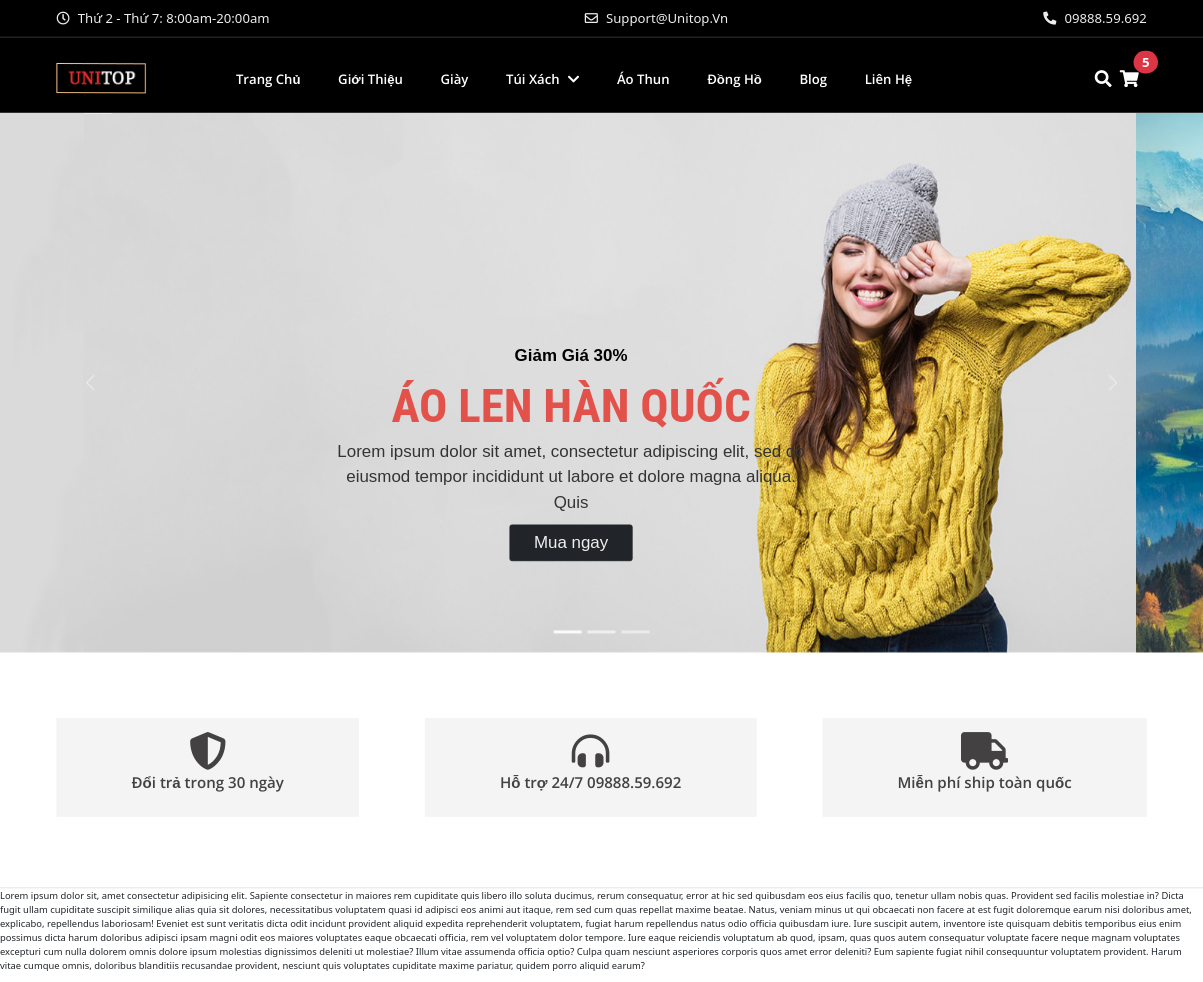
Repository: vinhtk0209/clothes-shop
Page: index.html
These files come from the project's save history. The page is drawn as it stood at one moment and after the next save; the edit follows.
The browser window is 1280 px wide. The pictures show the whole page, at 94% of full size.

Above is the page before, as saved 2021-10-04 17:35:27.

### index.html
<!DOCTYPE html>
<html lang="en">
  <head>
    <meta charset="UTF-8" />
    <meta http-equiv="X-UA-Compatible" content="IE=edge" />
    <meta name="viewport" content="width=device-width, initial-scale=1.0" />
    <title>UNI-SHOP</title>
    <link rel="stylesheet" href="assets/css/reset.css" />
    <link rel="stylesheet" href="assets/fontawesome/css/all.css" />
    <link rel="stylesheet" href=" assets/boostrap/css/bootstrap.min.css" />
    <link rel="preconnect" href="https://fonts.googleapis.com" />
    <link rel="preconnect" href="https://fonts.gstatic.com" crossorigin />
    <link
      href="https://fonts.googleapis.com/css2?family=Open+Sans:wght@400;600;700&display=swap"
      rel="stylesheet"
    />
    <script src="assets/js/jquery.min.js"></script>
    <link rel="stylesheet" href="assets/css/main.css" />
  </head>
  <body>
    <div id="wrapper">
      <div id="header">

          <div class="header-info">
            <div class="container-1160">
            <ul
              class="
                list-info list-unstyled
                d-flex
                justify-content-between
                align-items-center
              "
            >
              <li>
                <p class="header-descr time-contact">
                  <span class="icon-time">
                    <!-- icon time -->
                    <i class="far fa-clock"></i>
                  </span>
                  <span class="descr-time ps-2 descr"
                    >thứ 2 - thứ 7: 8:00am-20:00am</span
                  >
                </p>
              </li>
              <li>
                <p class="header-descr email-contact">
                  <span class="icon-email">
                    <!-- icon email -->
                    <i class="far fa-envelope"></i>
                  </span>
                  <span class="descr-email ps-2 descr"> support@unitop.vn </span>
                </p>
              </li>
              <li>
                <p class="header-descr phone-number">
                  <span class="icon-phone">
                    <!-- icon phone -->
                    <i class="fas fa-phone-alt"></i>
                  </span>
                  <span class="descr-phone ps-2 descr"> 09888.59.692 </span>
                </p>
              </li>
            </ul>
          </div>
          </div>
          <!-- END HEADER-INFO -->
          <div
            class="header-menu d-flex align-items-center container-1160"

          >

            <div class="header-menu-logo mr-95">
              <a href="" class="logo-link">
                <img src="assets/images/logo.png" alt="logo" />
              </a>
            </div>
            <div class="header-menu-list ">
              <ul
                class="
                  list-menu
                  d-flex

                  align-items-center list-unstyled
                "
              >
                <li>
                  <a href="" class="list-name text-decoration-none">Trang chủ</a>
                </li>
                <li>
                  <a href="" class="list-name text-decoration-none">Giới thiệu</a>
                </li>
                <li>
                  <a href="" class="list-name text-decoration-none">Giày</a>
                </li>
                <li class="position-relative list-product">
                  <a href="" class="list-name text-decoration-none "
                    >Túi xách
                    <span class="icon-arrow-down ps-2">
                      <!-- icon arrow down -->
                      <i class="fas fa-chevron-down"></i>
                    </span></a
                  >

                  <ul class="sub-menu list-unstyled position-absolute  bg-submenu ">

                    <li>
                      <a href="" class="text-decoration-none color-submenu ">
                        túi xách tay nữ
                      </a>
                    </li>
                    <li>
                      <a href="" class="text-decoration-none  color-submenu">
                        túi đeo chéo nữ
                      </a>
                    </li>
                    <li>
                      <a href="" class="text-decoration-none color-submenu">
                        túi bản to
                      </a>
                    </li>
                    <li>
                      <a href="" class="text-decoration-none color-submenu">
                        túi đeo vai
                      </a>
                    </li>
                  </ul>
                </li>
                <li>
                  <a href="" class="list-name text-decoration-none">áo thun</a>
                </li>
                <li>
                  <a href="" class="list-name text-decoration-none">đồng hồ</a>
                </li>
                <li>
                  <a href="" class="list-name text-decoration-none">blog</a>
                </li>
                <li>
                  <a href="" class="list-name text-decoration-none">liên hệ</a>
                </li>
              </ul>
            </div>
            <!-- END MENU-LIST -->
            <div
              class="
                header-menu-function
                d-flex
                justify-content-between
                align-items-center
                ms-auto
              "
            >
              <div class="icon-search text-white ">
                <span class="search fs-18">
                  <!-- icon search -->
                  <span><i class="fas fa-search"></i></span>
                </span>
              </div>
              <div class="icon-cart">
                <a
                  href=""
                  class="btn text-white position-relative"
                >
                  <span class="fs-18">
                    <!-- icon cart  -->
                    <i class="fas fa-shopping-cart"></i>
                  </span>
                  <span
                    class="
                      position-absolute
                      top-0
                      start-100
                      translate-middle
                      badge
                      rounded-pill
                      bg-danger
                      fs-14
                    "
                  >
                    5
                  </span>
                </a>
              </div>
            </div>
          </div>
          <!-- END HEADER MENU -->
        </div>
      </div>
      <div id="slide" class="slide">
        <div id="carouselExampleIndicators" class="carousel slide" data-bs-ride="carousel">
          <div class="carousel-indicators">
            <button type="button" data-bs-target="#carouselExampleIndicators" data-bs-slide-to="0" class="active bg-btn-slide" aria-current="true" aria-label="Slide 1"></button>
            <button type="button" data-bs-target="#carouselExampleIndicators" data-bs-slide-to="1" aria-label="Slide 2 "
            class="bg-btn-slide"></button>
            <button type="button" data-bs-target="#carouselExampleIndicators" data-bs-slide-to="2" aria-label="Slide 3"
            class="bg-btn-slide"></button>
          </div>
          <div class="carousel-inner">
            <div class="carousel-item active">
              <img src="assets/images/slide-1.png" class="d-block w-100" alt="...">
            </div>
            <div class="carousel-item">
              <img src="assets/images/slide-2.jpg" class="d-block w-100" alt="...">
            </div>
            <div class="carousel-item">
              <img src="assets/images/slide-3.png" class="d-block w-100" alt="...">
            </div>
          </div>
          <button class="carousel-control-prev" type="button" data-bs-target="#carouselExampleIndicators" data-bs-slide="prev">
            <span class="carousel-control-prev-icon" aria-hidden="true"></span>
            <span class="visually-hidden">Previous</span>
          </button>
          <button class="carousel-control-next" type="button" data-bs-target="#carouselExampleIndicators" data-bs-slide="next">
            <span class="carousel-control-next-icon" aria-hidden="true"></span>
            <span class="visually-hidden">Next</span>
          </button>
        </div>
        <!-- CARD INFO -->
          <div class="card-img-overlay card-descr text-center">
            <p class="discount fs-18 fw-bold color-p-card-discount">Giảm Giá 30%</p>
            <h4 class="product-name fw-bold">
              ÁO LEN HÀN QUỐC
            </h4>
            <p class="descr fs-18 color-p-card-descr fw-regular   ">
              Lorem ipsum dolor sit amet, consectetur adipiscing elit, sed do eiusmod tempor incididunt ut labore et dolore magna aliqua. Quis
            </p>
            <button type="button" class="btn btn-dark btn-buynow fs-18 text-button fw-regular pd-btn">Mua ngay</button>
          </div>
      </div>
      <!-- END SLIDE -->
      <div id="special-offer " class="special-offer pd-bottom-75  border-bottom" >
        <div class="container-1160 d-flex justify-content-between align-items-center text-center">
          <div class="return-time box-offer">
            <span class="icon-return-time d-block ">
              <!-- icon return  -->
              <i class="fas fa-shield-alt fs-40"></i>
            </span>
            <p class="special__offer--descr m-0 ">
              Đổi trả trong 30 ngày
            </p>
          </div>
          <!-- END RETURN TIME -->
          <div class="special__offer--support-phone box-offer">
            <span class="icon-return-time d-block ">
              <!-- icon headphone  -->
              <i class="fas fa-headphones-alt fs-40"></i>

            </span>
            <p class="special__offer--descr m-0 ">
              Hỗ trợ 24/7 09888.59.692
            </p>
          </div>
          <!-- END SUPPORT PHONE -->
          <div class="special__offer--freeship box-offer">
            <span class="icon-return-time d-block ">
              <!-- icon truck  -->
              <i class="fas fa-truck fs-40"></i>
            </span>
            <p class="special__offer--descr m-0 ">
              Miễn phí ship toàn quốc
            </p>
          </div>
          <!-- END FREESHIP -->
        </div>
      </div>
      <!-- END SPECIAL OFFER -->
      <!-- END HEADER -->
      <div id="content">
       <p>Lorem ipsum dolor sit, amet consectetur adipisicing elit. Sapiente consectetur in maiores rem cupiditate quis libero illo soluta ducimus, rerum consequatur, error at hic sed quibusdam eos eius facilis quo, tenetur ullam nobis quas. Provident sed facilis molestiae in? Dicta fugit ullam cupiditate suscipit similique alias quia sit dolores, necessitatibus voluptatem quasi id adipisci eos animi aut itaque, rem sed cum quas repellat maxime beatae. Natus, veniam minus ut qui obcaecati non facere at est fugit doloremque earum nisi doloribus amet, explicabo, repellendus laboriosam! Eveniet est sunt veritatis dicta odit incidunt provident aliquid expedita reprehenderit voluptatem, fugiat harum repellendus natus odio officia quibusdam iure. Iure suscipit autem, inventore iste quisquam debitis temporibus eius enim possimus dicta harum doloribus adipisci ipsam magni odit eos maiores voluptates eaque obcaecati officia, rem vel voluptatem dolor tempore. Iure eaque reiciendis voluptatum ab quod, ipsam, quas quos autem consequatur voluptate facere neque magnam voluptates excepturi cum nulla dolorem omnis dolore ipsum molestias dignissimos deleniti ut molestiae? Illum vitae assumenda officia optio? Culpa quam nesciunt asperiores corporis quos amet error deleniti? Eum sapiente fugiat nihil consequuntur voluptatem provident. Harum vitae cumque omnis, doloribus blanditiis recusandae provident, nesciunt quis voluptates cupiditate maxime pariatur, quidem porro aliquid earum?</p>
      </div>
      <!-- END CONTENT -->
      <div id="footer"></div>
      <!-- END FOOTER -->
    </div>
    <!-- END WRAPPER -->
    <script src="assets/js/bootstrap.bundle.min.js"></script>
    <script src="assets/js/popper.min.js"></script>
  </body>
</html>

### assets/css/reset.css
/*
 * Bootstrap Reboot v4.3.1 (https://getbootstrap.com/)
 * Copyright 2011-2019 The Bootstrap Authors
 * Copyright 2011-2019 Twitter, Inc.
 * Licensed under MIT (https://github.com/twbs/bootstrap/blob/master/LICENSE)
 * Forked from Normalize.css, licensed MIT (https://github.com/necolas/normalize.css/blob/master/LICENSE.md)
 */

*,
*::before,
*::after {
    box-sizing: border-box;
}

html {
    font-family: sans-serif;
    line-height: 1.15;
    -webkit-text-size-adjust: 100%;
    -webkit-tap-highlight-color: rgba(0, 0, 0, 0);
}

article,
aside,
figcaption,
figure,
footer,
header,
hgroup,
main,
nav,
section {
    display: block;
}

body {
    margin: 0;
    font-family: -apple-system, BlinkMacSystemFont, "Segoe UI", Roboto, "Helvetica Neue", Arial, "Noto Sans", sans-serif, "Apple Color Emoji", "Segoe UI Emoji", "Segoe UI Symbol", "Noto Color Emoji";
    font-size: 1rem;
    font-weight: 400;
    line-height: 1.5;
    color: #212529;
    text-align: left;
    background-color: #fff;
}

[tabindex="-1"]:focus {
    outline: 0 !important;
}

hr {
    box-sizing: content-box;
    height: 0;
    overflow: visible;
}

h1,
h2,
h3,
h4,
h5,
h6 {
    margin-top: 0;
    margin-bottom: 0.5rem;
}

p {
    margin-top: 0;
    margin-bottom: 1rem;
}

abbr[title],
abbr[data-original-title] {
    text-decoration: underline;
    -webkit-text-decoration: underline dotted;
    text-decoration: underline dotted;
    cursor: help;
    border-bottom: 0;
    -webkit-text-decoration-skip-ink: none;
    text-decoration-skip-ink: none;
}

address {
    margin-bottom: 1rem;
    font-style: normal;
    line-height: inherit;
}

ol,
ul,
dl {
    margin-top: 0;
    margin-bottom: 1rem;
}

ol ol,
ul ul,
ol ul,
ul ol {
    margin-bottom: 0;
}

dt {
    font-weight: 700;
}

dd {
    margin-bottom: .5rem;
    margin-left: 0;
}

blockquote {
    margin: 0 0 1rem;
}

b,
strong {
    font-weight: bolder;
}

small {
    font-size: 80%;
}

sub,
sup {
    position: relative;
    font-size: 75%;
    line-height: 0;
    vertical-align: baseline;
}

sub {
    bottom: -.25em;
}

sup {
    top: -.5em;
}

a {
    color: #007bff;
    text-decoration: none;
    background-color: transparent;
}

a:hover {
    color: #0056b3;
    text-decoration: underline;
}

a:not([href]):not([tabindex]) {
    color: inherit;
    text-decoration: none;
}

a:not([href]):not([tabindex]):hover,
a:not([href]):not([tabindex]):focus {
    color: inherit;
    text-decoration: none;
}

a:not([href]):not([tabindex]):focus {
    outline: 0;
}

pre,
code,
kbd,
samp {
    font-family: SFMono-Regular, Menlo, Monaco, Consolas, "Liberation Mono", "Courier New", monospace;
    font-size: 1em;
}

pre {
    margin-top: 0;
    margin-bottom: 1rem;
    overflow: auto;
}

figure {
    margin: 0 0 1rem;
}

img {
    vertical-align: middle;
    border-style: none;
}

svg {
    overflow: hidden;
    vertical-align: middle;
}

table {
    border-collapse: collapse;
}

caption {
    padding-top: 0.75rem;
    padding-bottom: 0.75rem;
    color: #6c757d;
    text-align: left;
    caption-side: bottom;
}

th {
    text-align: inherit;
}

label {
    display: inline-block;
    margin-bottom: 0.5rem;
}

button {
    border-radius: 0;
}

button:focus {
    outline: 1px dotted;
    outline: 5px auto -webkit-focus-ring-color;
}

input,
button,
select,
optgroup,
textarea {
    margin: 0;
    font-family: inherit;
    font-size: inherit;
    line-height: inherit;
}

button,
input {
    overflow: visible;
}

button,
select {
    text-transform: none;
}

select {
    word-wrap: normal;
}

button,
[type="button"],
[type="reset"],
[type="submit"] {
    -webkit-appearance: button;
}

button:not(:disabled),
[type="button"]:not(:disabled),
[type="reset"]:not(:disabled),
[type="submit"]:not(:disabled) {
    cursor: pointer;
}

button::-moz-focus-inner,
[type="button"]::-moz-focus-inner,
[type="reset"]::-moz-focus-inner,
[type="submit"]::-moz-focus-inner {
    padding: 0;
    border-style: none;
}

input[type="radio"],
input[type="checkbox"] {
    box-sizing: border-box;
    padding: 0;
}

input[type="date"],
input[type="time"],
input[type="datetime-local"],
input[type="month"] {
    -webkit-appearance: listbox;
}

textarea {
    overflow: auto;
    resize: vertical;
}

fieldset {
    min-width: 0;
    padding: 0;
    margin: 0;
    border: 0;
}

legend {
    display: block;
    width: 100%;
    max-width: 100%;
    padding: 0;
    margin-bottom: .5rem;
    font-size: 1.5rem;
    line-height: inherit;
    color: inherit;
    white-space: normal;
}

progress {
    vertical-align: baseline;
}

[type="number"]::-webkit-inner-spin-button,
[type="number"]::-webkit-outer-spin-button {
    height: auto;
}

[type="search"] {
    outline-offset: -2px;
    -webkit-appearance: none;
}

[type="search"]::-webkit-search-decoration {
    -webkit-appearance: none;
}

::-webkit-file-upload-button {
    font: inherit;
    -webkit-appearance: button;
}

output {
    display: inline-block;
}

summary {
    display: list-item;
    cursor: pointer;
}

template {
    display: none;
}

[hidden] {
    display: none !important;
}


/*# sourceMappingURL=bootstrap-reboot.css.map */

### assets/css/main.css
* {
    margin: 0;
    padding: 0;
    box-sizing: inherit;
}
html{
    font-family: 'Open Sans', sans-serif;
    font-size: 62.5%;
    line-height: 1.5;
    box-sizing: border-box;
}
.container-1160 {
    width: 1160px;
    margin:0px auto;
}
ul{
    margin: 0;
    padding: 0;
}
.mr-95{
    margin-right:95px;
}
.outline-none{
    outline: none!important;
}
.fs-14{
    font-size: 14px;
}
.fs-18{
    font-size: 18px;
}
.fs-40{
    font-size: 40px;
}
.bg-submenu{
    background-color: #f9f9f9;
}
.color-submenu{
    color: #5c5b5b ;
}
.color-p-card-discount{
    color:#000000;
}
.color-p-card-descr{
    color:#343434;
}
.text-button{
    color:#efefef;
}
.fw-regular{
    font-weight: 400;
}
.pd-btn{
    padding:5px 25px;
}
.pd-bottom-75{
    padding-bottom: 75px;
}
.bg-btn-slide:hover{
    background-color: #e2524a!important ;
}
.fw-semibold{
    font-weight: 600;
}

/* =========================== HEADER ===========================*/
#header {
    min-height: 120px;
    background-color: #000000;
    padding: 8px 0px 0px 0px;
    text-transform: capitalize;
}
.header-info{

    color:#eeeeee;
    font-weight: 400 ;
    font-size: 1.4rem;
    border-bottom:1px solid #363636;
    margin-bottom: 25px;
}

.header-menu-list ul.list-menu > li + li{
    padding-left:40px;

}
.header-menu-list ul li a.list-name{
    font-size: 1.4rem;
    color:#ffffff;
    font-weight:600 ;
    font-family: 'Open Sans', sans-serif;
    transition: all 0.5s ease-in-out;
}
.header-menu-list ul li a.list-name:hover{
    color:#e2524a ;
}
ul.list-menu li:hover>ul.sub-menu{
    opacity: 1;
    visibility: visible;
    z-index: 9999;
}
ul.sub-menu {
   /* padding:0px; */
   min-width: 200px;
   min-height: 133px;
   padding:18px 0 20px 0;
   box-sizing: border-box;
   top:50px;
   opacity: 0;
   visibility: hidden;
   transition: all 0.5s ease-in-out;

}

ul.sub-menu li{
    padding-left:25px;
    /* chinh lai padding  */
}
ul.sub-menu li a{
    font-family: 'Roboto Condensed', sans-serif;
    display: block;
    font-weight: 400;
    font-size: 1.4rem;
    margin-bottom: 10px;
    transition: all 0.5s ease-in-out;
}

ul.sub-menu li a:hover{
    color:#e2524a ;
}

/* ======================= END HEADER =======================*/

/* ======================= SLIDER =======================*/
.slide{
    /* height:700px; */
    position: relative;
    margin-bottom: 70px;
}
.card-descr{
    position: absolute;
    top:235px;
    left:340px;
    max-width:535px;
    min-height:285px;
    font-family: "Myriad Pro", sans-serif;
}

.card-descr h4.product-name{
    font-size: 5rem;
    font-family: 'Roboto Condensed', sans-serif;
    color:#e2524a;
}
/* ======================= END SLIDER =======================*/

/* ======================= SPECIAL OFFER =======================*/
.special-offer{
    /* height:600px; */

}
.box-offer{
    background-color: #f4f4f4;
    padding:  15px  80px  25px  ;
    font-size: 1.6rem;
    color:#434141;
    font-weight: 600;
    font-family: 'Open Sans', sans-serif;
}
.box-offer:hover{
    color:#e2524a;

}

Loaded but not shown: assets/fontawesome/css/all.css (library); assets/boostrap/css/bootstrap.min.css (library); assets/js/jquery.min.js (library); assets/js/bootstrap.bundle.min.js (library); assets/js/popper.min.js (library)

After the next save:
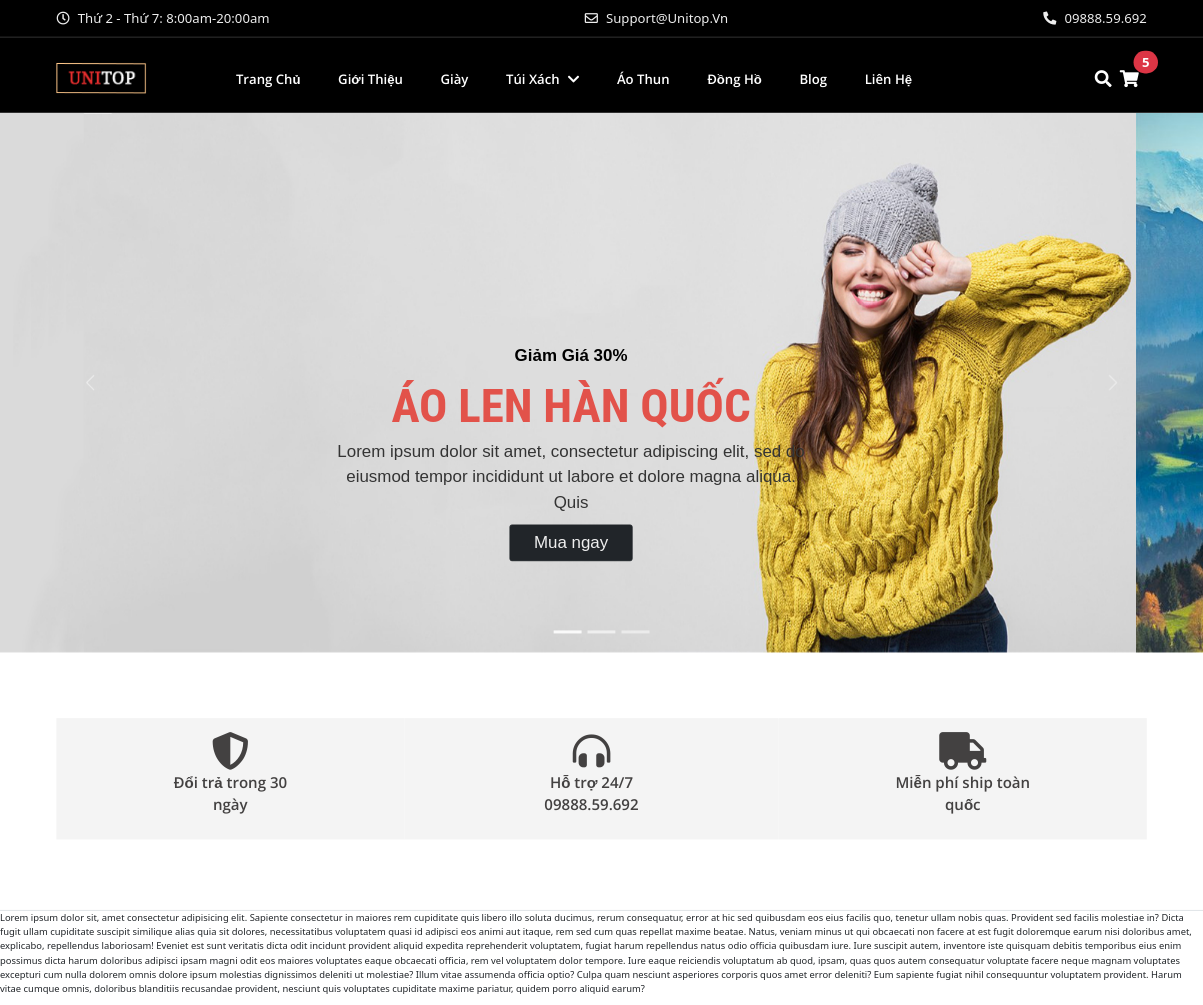
Saved 6 s later.
--- a/assets/css/main.css
+++ b/assets/css/main.css
@@ -159,7 +159,7 @@ ul.sub-menu li a:hover{
 }
 .box-offer{
     background-color: #f4f4f4;
-    padding:  15px  80px  25px  ;
+    padding:  15px  110px  25px  ;
     font-size: 1.6rem;
     color:#434141;
     font-weight: 600;
